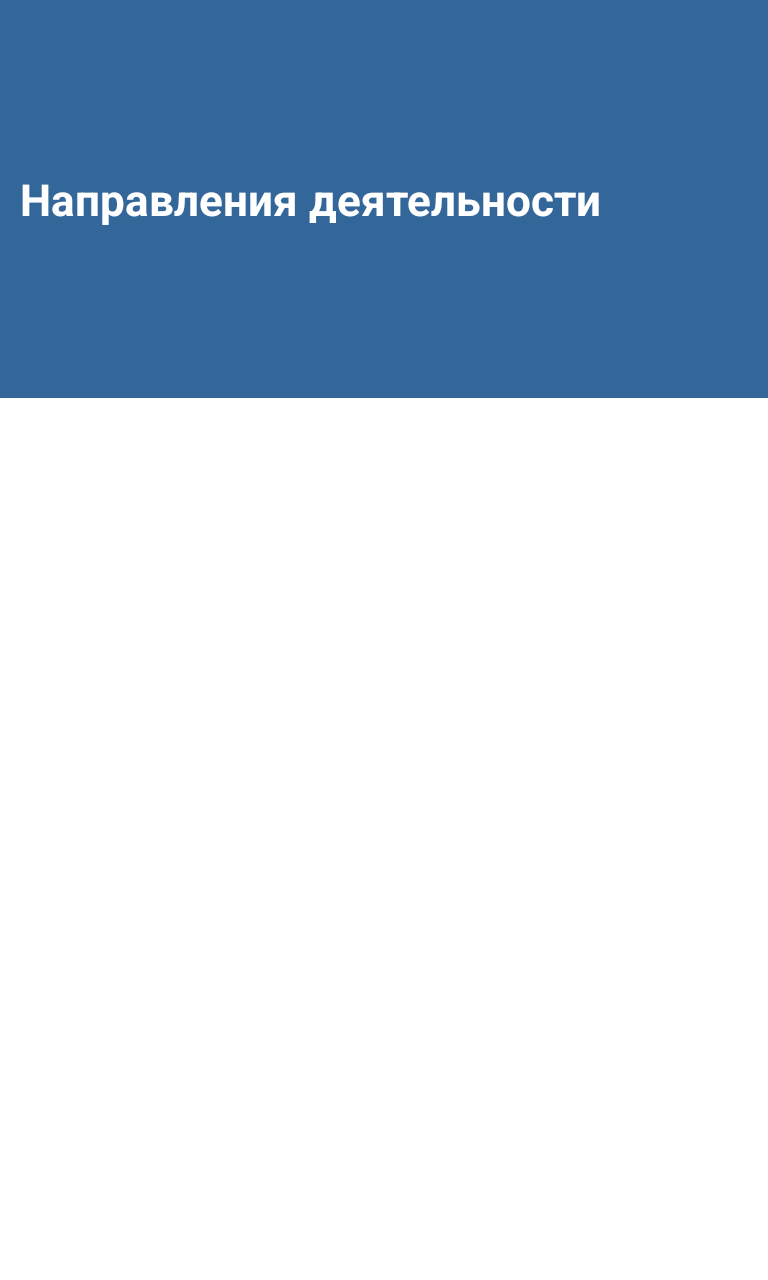
Repository: complexityclass/GosClient
Layout: Client/res/layout/list_header_row_areas.xml
The author's editor kept a copy of each file at every save. The layout is drawn from the files as they stood at one save, then again after the next save.
It is drawn on a 768 x 1280 px phone screen (xhdpi) without system bars, with theme AppTheme; the app's code is not run.

Above is the layout before, as saved 2013-02-28 13:23:06.

### Client/res/layout/list_header_row_areas.xml
<?xml version="1.0" encoding="utf-8"?>
<LinearLayout
    xmlns:android="http://schemas.android.com/apk/res/android"
    android:orientation="horizontal"
    android:layout_width="fill_parent"
    android:layout_height="fill_parent">

    <TextView
        android:id="@+id/txtHeader"
        android:layout_width="fill_parent"
        android:layout_height="199dp"
        android:background="#336699"
        android:gravity="center_vertical"
        android:padding="10dp"
        android:text="Направления деятельности"
        android:textColor="#FFFFFF"
        android:textSize="22dp"
        android:textStyle="bold" />


</LinearLayout>

Loaded but not shown: Client/res/values-v11/styles.xml (common file); Client/res/values-v14/styles.xml (common file); Client/res/values/styles.xml (common file)

After the next save:
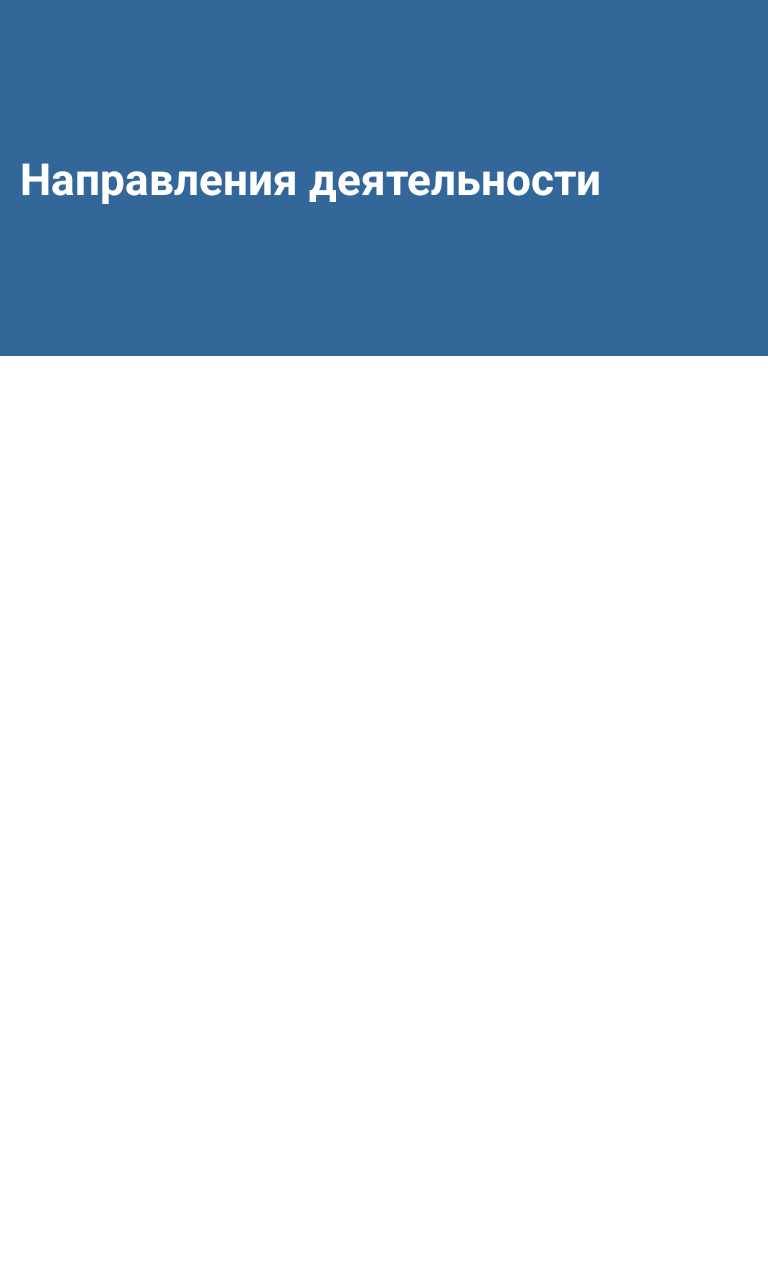
Saved 50 s later.
--- a/Client/res/layout/list_header_row_areas.xml
+++ b/Client/res/layout/list_header_row_areas.xml
@@ -5,10 +5,11 @@
     android:layout_width="fill_parent"
     android:layout_height="fill_parent">
 
+
     <TextView
         android:id="@+id/txtHeader"
         android:layout_width="fill_parent"
-        android:layout_height="199dp"
+        android:layout_height="178dp"
         android:background="#336699"
         android:gravity="center_vertical"
         android:padding="10dp"
@@ -17,5 +18,4 @@
         android:textSize="22dp"
         android:textStyle="bold" />
 
-
 </LinearLayout>
